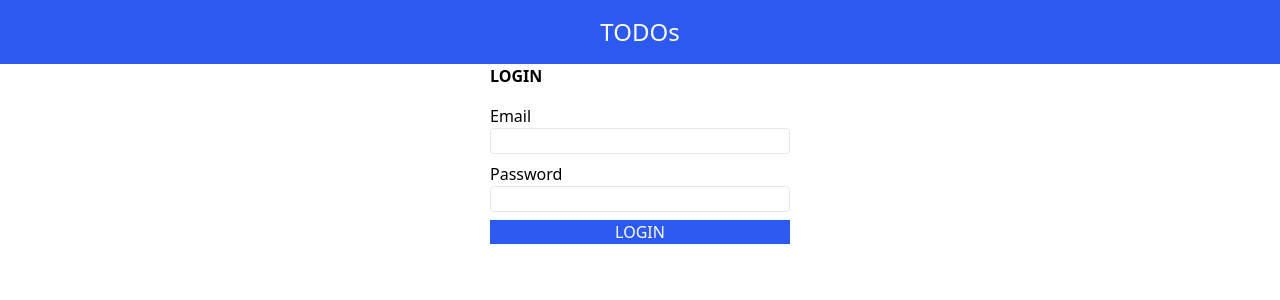
Repository: Jay-JYKim91/wanted-pre-onboarding-challenge-fe-1
Page: /auth
An editor plug-in stored every save of this project. The page is shown before and after a run of saves, followed by the edit.
The browser window is 1280 px wide. The pictures show the whole page.
The project was rebuilt for these pictures with package versions that can differ from the ones it lists, and the page was loaded fresh each time.

Above is the page before, as saved 2022-07-29 19:54:18.

### src/index.tsx
import React from "react"
import ReactDOM from "react-dom/client"
import "./index.css"
import App from "./App"
import { BrowserRouter } from "react-router-dom"

const root = ReactDOM.createRoot(document.getElementById("root") as HTMLElement)
root.render(
  <React.StrictMode>
    <BrowserRouter>
      <App />
    </BrowserRouter>
  </React.StrictMode>
)

### src/App.tsx
import React from "react"
import { Route, Routes } from "react-router-dom"
import Auth from "./page/Auth"

function App() {
  return (
    <div className="App">
      <header className="bg-primary-900 text-white text-center py-4 text-2xl">
        <span>TODOs</span>
      </header>
      <Routes>
        <Route path="/auth" element={<Auth />} />
      </Routes>
    </div>
  )
}

export default App

### src/page/Auth.tsx
import React from "react"

function Auth() {
  return (
    <div>
      <div className="max-w-[300px] m-auto">
        <h1 className="font-bold">LOGIN</h1>
        <form className="my-4">
          <div className="flex flex-col mb-2">
            <label htmlFor="emailForLogin">Email</label>
            <input type="email" id="emailForLogin" className="border rounded" />
          </div>
          <div className="flex flex-col mb-2">
            <label htmlFor="passwordForLogin">Password</label>
            <input
              type="password"
              id="passwordForLogin"
              className="border rounded"
            />
          </div>
          <button type="button" className="w-full bg-primary-900 text-white">
            LOGIN
          </button>
        </form>
      </div>
    </div>
  )
}

export default Auth

### tailwind.config.js
/** @type {import('tailwindcss').Config} */
module.exports = {
  content: [
    "./src/**/*.{js,jsx,ts,tsx}",
  ],
  theme: {
    extend: {
      colors: {
        'primary': {
          100: '#47dfbc',
          500: '#428afe',
          900: '#2c5af1',
        }
      },
    },
  },
  plugins: [],
}

Loaded but not shown: public/index.html (common file); src/index.css (common file)

After the next 2 saves:
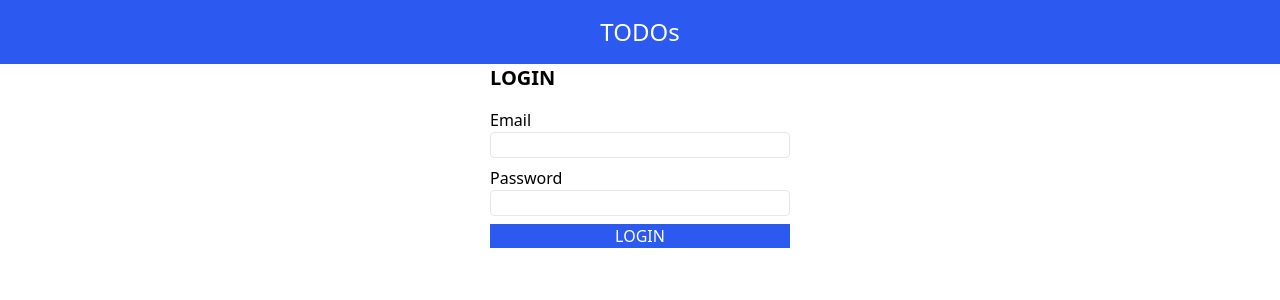
The 2 saves are shown as one change because they came seconds apart.
The last was saved 8 s later.
--- a/src/page/Auth.tsx
+++ b/src/page/Auth.tsx
@@ -4,7 +4,7 @@ function Auth() {
   return (
     <div>
       <div className="max-w-[300px] m-auto">
-        <h1 className="font-bold">LOGIN</h1>
+        <h1 className="font-bold text-xl">LOGIN</h1>
         <form className="my-4">
           <div className="flex flex-col mb-2">
             <label htmlFor="emailForLogin">Email</label>
